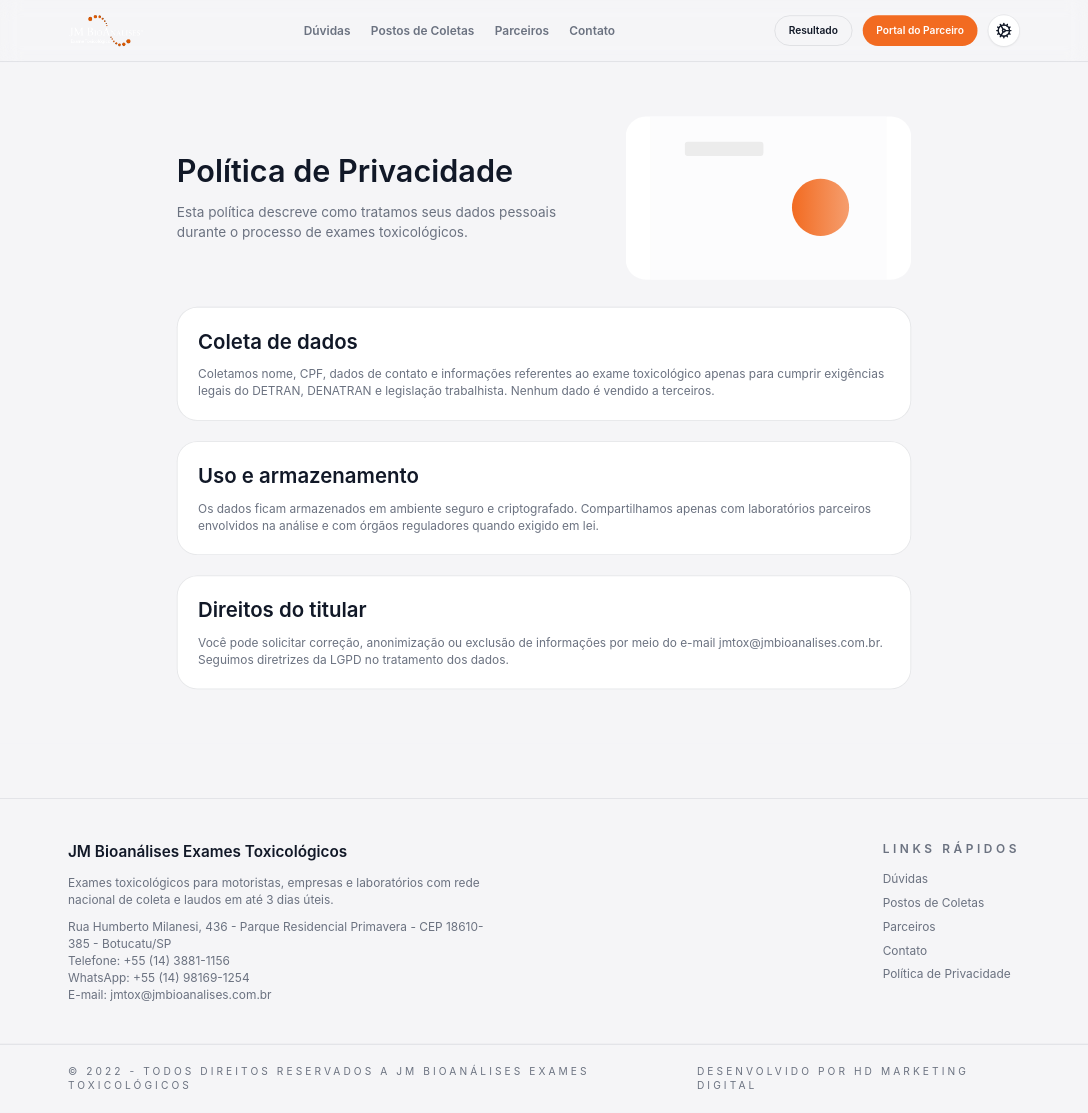
Repository: 1xLab/cat1
Page: /politica-de-privacidade
The author's editor kept a copy of each file at every save. The page is drawn from the files as they stood at one save, then again after the next save.
The browser window is 1280 px wide. The pictures show the whole page, at 85% of full size.
The page's requests for data from a server got no answer. The project was rebuilt for these pictures with package versions that can differ from the ones it lists, and the page was loaded fresh each time. The framework's server and built-in components were replaced by stand-ins that run in the browser. No one was signed in, and anything a server would have sent is missing. Also part of the build but not shown: next.config.ts.

Above is the page before, as saved 2025-11-19 21:52:33.

### src/app/layout.tsx
import type { Metadata } from "next";
import { Geist, Geist_Mono } from "next/font/google";
import "./globals.css";

import { Header } from "@/components/layout/header";
import { Footer } from "@/components/layout/footer";
import { baseMetadata } from "@/lib/seo";
import { LabSchema } from "@/components/seo/lab-schema";
import { TagManager } from "@/components/analytics/tag-manager";

const geistSans = Geist({
  variable: "--font-geist-sans",
  subsets: ["latin"],
});

const geistMono = Geist_Mono({
  variable: "--font-geist-mono",
  subsets: ["latin"],
});

export const metadata: Metadata = baseMetadata;

export default function RootLayout({
  children,
}: Readonly<{
  children: React.ReactNode;
}>) {
  return (
    <html lang="pt-BR" data-theme="sunrise">
      <body className={`${geistSans.variable} ${geistMono.variable} antialiased`}>
        <TagManager />
        <LabSchema />
        <Header />
        <main className="min-h-screen bg-[var(--color-bg)] text-[var(--color-text)]">
          {children}
        </main>
        <Footer />
      </body>
    </html>
  );
}

### src/app/politica-de-privacidade/page.tsx
import Image from "next/image";
import type { Metadata } from "next";

const sections = [
  {
    title: "Coleta de dados",
    body: "Coletamos nome, CPF, dados de contato e informações referentes ao exame toxicológico apenas para cumprir exigências legais do DETRAN, DENATRAN e legislação trabalhista. Nenhum dado é vendido a terceiros.",
  },
  {
    title: "Uso e armazenamento",
    body: "Os dados ficam armazenados em ambiente seguro e criptografado. Compartilhamos apenas com laboratórios parceiros envolvidos na análise e com órgãos reguladores quando exigido em lei.",
  },
  {
    title: "Direitos do titular",
    body: "Você pode solicitar correção, anonimização ou exclusão de informações por meio do e-mail jmtox@jmbioanalises.com.br. Seguimos diretrizes da LGPD no tratamento dos dados.",
  },
];

export const metadata: Metadata = {
  title: "Política de privacidade | JM Tox",
};

const illustration = "/imagens/illustration-privacidade-clean.svg";

export default function PoliticaPage() {
  return (
    <section className="mx-auto max-w-4xl px-4 py-16">
      <div className="grid gap-6 md:grid-cols-[1.2fr_0.8fr] md:items-center">
        <div>
          <h1 className="text-4xl font-semibold text-[var(--color-text)]">
            Política de Privacidade
          </h1>
          <p className="mt-4 text-[var(--color-text-muted)]">
            Esta política descreve como tratamos seus dados pessoais durante o
            processo de exames toxicológicos.
          </p>
        </div>
        <div className="relative h-48 rounded-3xl">
          <Image
            src={illustration}
            alt="Segurança e dados"
            fill
            className="rounded-3xl object-cover"
            sizes="(min-width: 768px) 350px, 100vw"
          />
        </div>
      </div>
      <div className="mt-8 space-y-6">
        {sections.map((section) => (
          <article
            key={section.title}
            className="rounded-3xl border border-[var(--color-outline)] bg-[var(--color-surface)] p-6"
          >
            <h2 className="text-2xl font-semibold text-[var(--color-text)]">
              {section.title}
            </h2>
            <p className="mt-3 text-sm text-[var(--color-text-muted)]">
              {section.body}
            </p>
          </article>
        ))}
      </div>
    </section>
  );
}

### src/app/globals.css
@tailwind base;
@tailwind components;
@tailwind utilities;

:root {
  --color-bg: #f5f5f7;
  --color-surface: #ffffff;
  --color-text: #111827;
  --color-text-muted: #6b7280;
  --color-primary: #f26b21;
  --color-primary-dark: #c65310;
  --color-header: #050608;
  --color-outline: rgba(15, 23, 42, 0.1);
}

[data-theme="sunrise"] {
  --color-bg: #f5f5f7;
  --color-surface: #ffffff;
  --color-text: #111827;
  --color-text-muted: #6b7280;
  --color-primary: #f26b21;
  --color-primary-dark: #c65310;
  --color-header: #050608;
}

[data-theme="midnight"] {
  --color-bg: #050608;
  --color-surface: #111827;
  --color-text: #f9fafb;
  --color-text-muted: #9ca3af;
  --color-primary: #f26b21;
  --color-primary-dark: #f26b21;
  --color-header: #000000;
  --color-outline: rgba(255, 255, 255, 0.1);
}

[data-theme="clinical"] {
  --color-bg: #f3f6fb;
  --color-surface: #ffffff;
  --color-text: #0f172a;
  --color-text-muted: #3f4d63;
  --color-primary: #2563eb;
  --color-primary-dark: #1d4ed8;
  --color-header: #0f172a;
  --color-outline: rgba(15, 23, 42, 0.08);
}

[data-theme="high-contrast"] {
  --color-bg: #000000;
  --color-surface: #000000;
  --color-text: #ffffff;
  --color-text-muted: #f3f4f6;
  --color-primary: #ffbf00;
  --color-primary-dark: #f59e0b;
  --color-header: #000000;
  --color-outline: rgba(255, 255, 255, 0.2);
}

[data-theme="dark"] {
  --color-bg: #111436;
  --color-surface: rgba(255, 255, 255, 0.08);
  --color-text: #fefefe;
  --color-text-muted: #d4ddff;
  --color-primary: #f97316;
  --color-primary-dark: #ea580c;
  --color-header: rgba(17, 20, 54, 0.9);
  --color-outline: rgba(255, 255, 255, 0.2);
}

@layer base {
  * {
    box-sizing: border-box;
  }

  body {
    background: var(--color-bg);
    color: var(--color-text);
    font-family: "Inter", system-ui, -apple-system, BlinkMacSystemFont,
      "Segoe UI", sans-serif;
    min-height: 100vh;
  }
}

@layer utilities {
  .text-balance {
    text-wrap: balance;
  }

  .glass-panel {
    background: color-mix(in srgb, var(--color-surface) 90%, transparent);
    backdrop-filter: blur(18px);
    border: 1px solid color-mix(in srgb, var(--color-outline) 80%, transparent);
    border-radius: 1.5rem;
    box-shadow: 0 15px 45px rgba(15, 23, 42, 0.12);
  }
}

### src/components/layout/header.tsx
import Image from "next/image";
import Link from "next/link";
import { ThemeSwitcher } from "@/components/theme-switcher";
import { Button } from "@/components/ui/button";

const navItems = [
  { label: "Dúvidas", href: "/duvidas-frequentes" },
  { label: "Postos de Coletas", href: "/postos-de-coletas" },
  { label: "Parceiros", href: "/parceiros" },
  { label: "Contato", href: "/contato" },
];

export function Header() {
  return (
    <header className="sticky top-0 z-40 border-b border-[var(--color-outline)] bg-[var(--color-header)]/15 backdrop-blur-md">
      <div className="container mx-auto flex max-w-6xl items-center justify-between gap-4 px-4 py-4">
        <Link href="/" className="flex items-center gap-3">
          <Image
            src="/logo-jm-bioanalises-branco.png"
            alt="JM Bioanálises"
            width={150}
            height={42}
            className="h-10 w-auto"
            priority
          />
          <span className="sr-only">JM Bioanálises</span>
        </Link>
        <nav className="hidden items-center gap-6 text-sm font-semibold text-[var(--color-text-muted)] lg:flex">
          {navItems.map((item) => (
            <Link
              key={item.href}
              href={item.href}
              className="transition hover:text-[var(--color-text)]"
            >
              {item.label}
            </Link>
          ))}
        </nav>
        <div className="flex items-center gap-3">
          <Button asChild variant="outline" size="sm">
            <Link href="/duvidas-frequentes#resultado-online">Resultado</Link>
          </Button>
          <Button asChild size="sm">
            <Link href="/parceiros">Portal do Parceiro</Link>
          </Button>
          <ThemeSwitcher />
        </div>
      </div>
      <div className="border-t border-[var(--color-outline)] bg-[var(--color-header)] px-4 py-3 lg:hidden">
        <nav className="flex flex-wrap gap-3 text-sm font-semibold text-[var(--color-text-muted)]">
          {navItems.map((item) => (
            <Link
              key={item.href}
              href={item.href}
              className="rounded-full border border-gray-600 px-3 py-1 transition hover:border-[var(--color-primary)] hover:text-white"
            >
              {item.label}
            </Link>
          ))}
        </nav>
      </div>
    </header>
  );
}

### src/components/layout/footer.tsx
import Link from "next/link";

import { siteConfig } from "@/lib/site";

const quickLinks = [
  { label: "Dúvidas", href: "/duvidas-frequentes" },
  { label: "Postos de Coletas", href: "/postos-de-coletas" },
  { label: "Parceiros", href: "/parceiros" },
  { label: "Contato", href: "/contato" },
  { label: "Política de Privacidade", href: "/politica-de-privacidade" },
];

export function Footer() {
  return (
    <footer className="mt-16 border-t border-[var(--color-outline)] bg-[var(--color-surface)]/95">
      <div className="mx-auto flex max-w-6xl flex-col gap-8 px-4 py-12 md:flex-row md:justify-between">
        <div className="max-w-lg space-y-3">
          <p className="text-lg font-semibold text-[var(--color-text)]">
            {siteConfig.name}
          </p>
          <p className="text-sm text-[var(--color-text-muted)]">
            {siteConfig.description}
          </p>
          <div className="text-sm text-[var(--color-text-muted)]">
            <p>{siteConfig.address}</p>
            <p>Telefone: {siteConfig.contacts.phone}</p>
            <p>WhatsApp: {siteConfig.contacts.mobile}</p>
            <p>E-mail: {siteConfig.contacts.email}</p>
          </div>
        </div>
        <div>
          <p className="text-sm font-semibold uppercase tracking-[0.3em] text-[var(--color-text-muted)]">
            Links rápidos
          </p>
          <ul className="mt-4 space-y-2 text-sm">
            {quickLinks.map((link) => (
              <li key={link.href}>
                <Link
                  href={link.href}
                  className="text-[var(--color-text-muted)] transition hover:text-[var(--color-text)]"
                >
                  {link.label}
                </Link>
              </li>
            ))}
          </ul>
        </div>
      </div>
      <div className="border-t border-[var(--color-outline)]">
        <div className="mx-auto flex max-w-6xl flex-col gap-2 px-4 py-6 text-xs uppercase tracking-[0.3em] text-[var(--color-text-muted)] md:flex-row md:items-center md:justify-between">
          <p>
            © 2022 - Todos Direitos Reservados a JM Bioanálises Exames Toxicológicos
          </p>
          <p>Desenvolvido por HD Marketing Digital</p>
        </div>
      </div>
    </footer>
  );
}

### src/lib/seo.ts
import type { Metadata } from "next";
import { siteConfig } from "./site";

type SEOParams = {
  title?: string;
  description?: string;
  path?: string;
};

export const baseMetadata: Metadata = {
  metadataBase: new URL(siteConfig.url),
  title: {
    default: `${siteConfig.name} | Laboratório de Toxicologia`,
    template: `%s | ${siteConfig.name}`,
  },
  description: siteConfig.description,
  openGraph: {
    type: "website",
    url: siteConfig.url,
    title: siteConfig.name,
    description: siteConfig.description,
    images: [
      {
        url: siteConfig.ogImage,
        width: 1200,
        height: 630,
        alt: siteConfig.name,
      },
    ],
  },
  twitter: {
    card: "summary_large_image",
    title: siteConfig.name,
    description: siteConfig.description,
    images: [siteConfig.ogImage],
  },
  icons: {
    icon: "/favicon.ico",
  },
};

export const generatePageMetadata = ({
  title,
  description,
  path = "",
}: SEOParams): Metadata => ({
  ...baseMetadata,
  title,
  description,
  alternates: {
    canonical: path ? `${siteConfig.url}${path}` : siteConfig.url,
  },
});

### src/components/seo/lab-schema.tsx
export function LabSchema() {
  const jsonLd = {
    "@context": "https://schema.org",
    "@type": "MedicalOrganization",
    name: "JM Bioanálises Exames Toxicológicos",
    url: "https://jmtox.com.br",
    address: {
      "@type": "PostalAddress",
      streetAddress:
        "Rua Humberto Milanesi, 436 - Parque Residencial Primavera",
      addressLocality: "Botucatu",
      addressRegion: "SP",
      postalCode: "18610-385",
      addressCountry: "BR",
    },
    contactPoint: {
      "@type": "ContactPoint",
      telephone: "+55-14-3881-1156",
      contactType: "customer service",
      availableLanguage: ["Portuguese", "English"],
    },
    sameAs: ["https://www.linkedin.com/company/jmbioanalises"],
    medicalSpecialty: ["Toxicologic"],
  };

  return (
    <script
      type="application/ld+json"
      dangerouslySetInnerHTML={{ __html: JSON.stringify(jsonLd) }}
    />
  );
}

### src/components/analytics/tag-manager.tsx
"use client";

import Script from "next/script";

export function TagManager() {
  const id = process.env.NEXT_PUBLIC_GTM_ID;
  if (!id) return null;

  return (
    <>
      <Script id="gtm-loader">
        {`
          (function(w,d,s,l,i){w[l]=w[l]||[];w[l].push({'gtm.start':
          new Date().getTime(),event:'gtm.js'});var f=d.getElementsByTagName(s)[0],
          j=d.createElement(s),dl=l!='dataLayer'?'&l='+l:'';j.async=true;j.src=
          'https://www.googletagmanager.com/gtm.js?id='+i+dl;f.parentNode.insertBefore(j,f);
          })(window,document,'script','dataLayer','${id}');
        `}
      </Script>
      <noscript>
        <iframe
          src={`https://www.googletagmanager.com/ns.html?id=${id}`}
          height="0"
          width="0"
          style={{ display: "none", visibility: "hidden" }}
        />
      </noscript>
    </>
  );
}

### src/components/theme-switcher.tsx
"use client";

import { useEffect, useState } from "react";
import { Cog, Check } from "lucide-react";
import { cn } from "@/lib/utils";

const themes = [
  { id: "sunrise", name: "Sunrise Light", description: "Luz natural com laranja vibrante." },
  { id: "midnight", name: "Midnight Dark", description: "Interface escura para salas de comando." },
  { id: "clinical", name: "Clinical Light", description: "Azul clínico com fundos neutros." },
  { id: "high-contrast", name: "High Contrast", description: "Alto contraste para máxima leitura." },
];

function applyThemeValue(
  value: string,
  setTheme: (theme: string) => void
) {
  const next = themes.find((item) => item.id === value) ? value : "sunrise";
  setTheme(next);
  document.documentElement.setAttribute("data-theme", next);
  try {
    localStorage.setItem("jmbio-theme", next);
  } catch {
    /* ignore */
  }
}

export function ThemeSwitcher() {
  const [open, setOpen] = useState(false);
  const [theme, setTheme] = useState("sunrise");

  useEffect(() => {
    let stored = "sunrise";
    try {
      stored = localStorage.getItem("jmbio-theme") || "sunrise";
    } catch {
      stored = "sunrise";
    }
    applyThemeValue(stored, setTheme);
  }, []);

  function apply(value: string) {
    applyThemeValue(value, setTheme);
  }

  return (
    <div className="relative">
      <button
        aria-label="Alterar tema do site"
        className="rounded-full border border-[var(--color-outline)] bg-[var(--color-surface)] p-2 text-[var(--color-text)] shadow-sm transition hover:shadow-md"
        onClick={() => setOpen((prev) => !prev)}
      >
        <Cog className="h-5 w-5" />
      </button>
      {open && (
        <div className="absolute right-0 z-50 mt-3 w-64 rounded-2xl border border-[var(--color-outline)] bg-[var(--color-surface)] p-4 shadow-xl">
          <p className="text-xs font-semibold uppercase tracking-[0.3em] text-[var(--color-text-muted)]">
            Temas
          </p>
          <div className="mt-3 space-y-2">
            {themes.map((item) => (
              <button
                key={item.id}
                className={cn(
                  "flex w-full items-start gap-2 rounded-2xl border border-transparent p-3 text-left transition hover:border-[var(--color-outline)]",
                  theme === item.id && "border-[var(--color-primary)] bg-[var(--color-primary)]/10"
                )}
                onClick={() => apply(item.id)}
              >
                <span className="mt-1 text-[var(--color-primary)]">
                  {theme === item.id ? <Check className="h-4 w-4" /> : <span className="block h-4 w-4 rounded-full border border-[var(--color-outline)]" />}
                </span>
                <span>
                  <span className="font-semibold text-[var(--color-text)]">{item.name}</span>
                  <span className="block text-xs text-[var(--color-text-muted)]">{item.description}</span>
                </span>
              </button>
            ))}
          </div>
        </div>
      )}
    </div>
  );
}

### src/components/ui/button.tsx
"use client";

import * as React from "react";
import { Slot } from "@radix-ui/react-slot";
import { cva, type VariantProps } from "class-variance-authority";

import { cn } from "@/lib/utils";

const buttonVariants = cva(
  "inline-flex items-center justify-center whitespace-nowrap rounded-full text-sm font-semibold transition focus-visible:outline-none focus-visible:ring-2 focus-visible:ring-[var(--color-primary)] disabled:pointer-events-none disabled:opacity-60",
  {
    variants: {
      variant: {
        default:
          "bg-[var(--color-primary)] text-white hover:bg-[var(--color-primary-dark)]",
        secondary:
          "bg-[var(--color-surface)] text-[var(--color-text)] border border-[var(--color-outline)] hover:border-[var(--color-primary)]",
        outline:
          "border border-[var(--color-outline)] text-[var(--color-text)] hover:border-[var(--color-primary)] hover:text-[var(--color-text)]",
        ghost: "text-[var(--color-text)] hover:bg-[var(--color-outline)]/30",
        link: "underline-offset-4 text-[var(--color-primary)] hover:underline",
      },
      size: {
        default: "h-11 px-6",
        sm: "h-9 px-4 text-xs",
        lg: "h-12 px-8 text-base",
        icon: "h-10 w-10",
      },
    },
    defaultVariants: {
      variant: "default",
      size: "default",
    },
  }
);

export interface ButtonProps
  extends React.ButtonHTMLAttributes<HTMLButtonElement>,
    VariantProps<typeof buttonVariants> {
  asChild?: boolean;
}

const Button = React.forwardRef<HTMLButtonElement, ButtonProps>(
  ({ className, variant, size, asChild = false, ...props }, ref) => {
    const Comp = asChild ? Slot : "button";
    return (
      <Comp
        className={cn(buttonVariants({ variant, size, className }))}
        ref={ref}
        {...props}
      />
    );
  }
);
Button.displayName = "Button";

export { Button, buttonVariants };

### src/lib/site.ts
export const siteConfig = {
  name: "JM Bioanálises Exames Toxicológicos",
  description:
    "Exames toxicológicos para motoristas, empresas e laboratórios com rede nacional de coleta e laudos em até 3 dias úteis.",
  url: "https://jmtox.com.br",
  ogImage: "/logo-jm-bioanalises-branco.png",
  social: {
    linkedin: "https://www.linkedin.com/company/jmbioanalises",
    whatsapp: "https://api.whatsapp.com/send?phone=5514981691254",
  },
  contacts: {
    phone: "+55 (14) 3881-1156",
    mobile: "+55 (14) 98169-1254",
    email: "jmtox@jmbioanalises.com.br",
  },
  address:
    "Rua Humberto Milanesi, 436 - Parque Residencial Primavera - CEP 18610-385 - Botucatu/SP",
};

export type SiteConfig = typeof siteConfig;

### src/lib/utils.ts
import { type ClassValue, clsx } from "clsx";
import { twMerge } from "tailwind-merge";

export function cn(...inputs: ClassValue[]) {
  return twMerge(clsx(inputs));
}

export function formatPhone(phone: string) {
  const digits = phone.replace(/\D/g, "");
  const match = digits.match(/^(\d{2})(\d{5})(\d{4})$/);
  if (!match) return phone;
  return `(${match[1]}) ${match[2]}-${match[3]}`;
}

export function slugify(value: string) {
  return value
    .toLowerCase()
    .normalize("NFD")
    .replace(/[\u0300-\u036f]/g, "")
    .replace(/[^a-z0-9]+/g, "-")
    .replace(/(^-|-$)+/g, "");
}

export function formatIsoDate(date: string) {
  return new Date(date).toLocaleDateString("pt-BR", {
    day: "2-digit",
    month: "short",
    year: "numeric",
  });
}

### tailwind.config.ts
import type { Config } from "tailwindcss";
import { fontFamily } from "tailwindcss/defaultTheme";
import animate from "tailwindcss-animate";

const config: Config = {
  darkMode: ["class"],
  content: ["./src/**/*.{ts,tsx}"],
  theme: {
    container: {
      center: true,
      padding: {
        DEFAULT: "1.5rem",
        md: "2rem",
      },
      screens: {
        "2xl": "1320px",
      },
    },
    extend: {
      colors: {
        border: "hsl(var(--border))",
        input: "hsl(var(--input))",
        ring: "hsl(var(--ring))",
        background: "hsl(var(--background))",
        foreground: "hsl(var(--foreground))",
        primary: {
          DEFAULT: "hsl(var(--primary))",
          foreground: "hsl(var(--primary-foreground))",
        },
        secondary: {
          DEFAULT: "hsl(var(--secondary))",
          foreground: "hsl(var(--secondary-foreground))",
        },
        muted: {
          DEFAULT: "hsl(var(--muted))",
          foreground: "hsl(var(--muted-foreground))",
        },
        accent: {
          DEFAULT: "hsl(var(--accent))",
          foreground: "hsl(var(--accent-foreground))",
        },
        destructive: {
          DEFAULT: "hsl(var(--destructive))",
          foreground: "hsl(var(--destructive-foreground))",
        },
        card: {
          DEFAULT: "hsl(var(--card))",
          foreground: "hsl(var(--card-foreground))",
        },
      },
      borderRadius: {
        lg: "var(--radius)",
        md: "calc(var(--radius) - 2px)",
        sm: "calc(var(--radius) - 4px)",
      },
      fontFamily: {
        sans: ["var(--font-geist-sans)", ...fontFamily.sans],
        mono: ["var(--font-geist-mono)", ...fontFamily.mono],
      },
      backgroundImage: {
        "grid-fade":
          "radial-gradient(circle at 20% 20%, hsla(var(--primary),0.25), transparent 55%), radial-gradient(circle at 80% 0%, hsla(var(--accent),0.3), transparent 60%)",
      },
    },
  },
  plugins: [animate],
};

export default config;

After the next save:
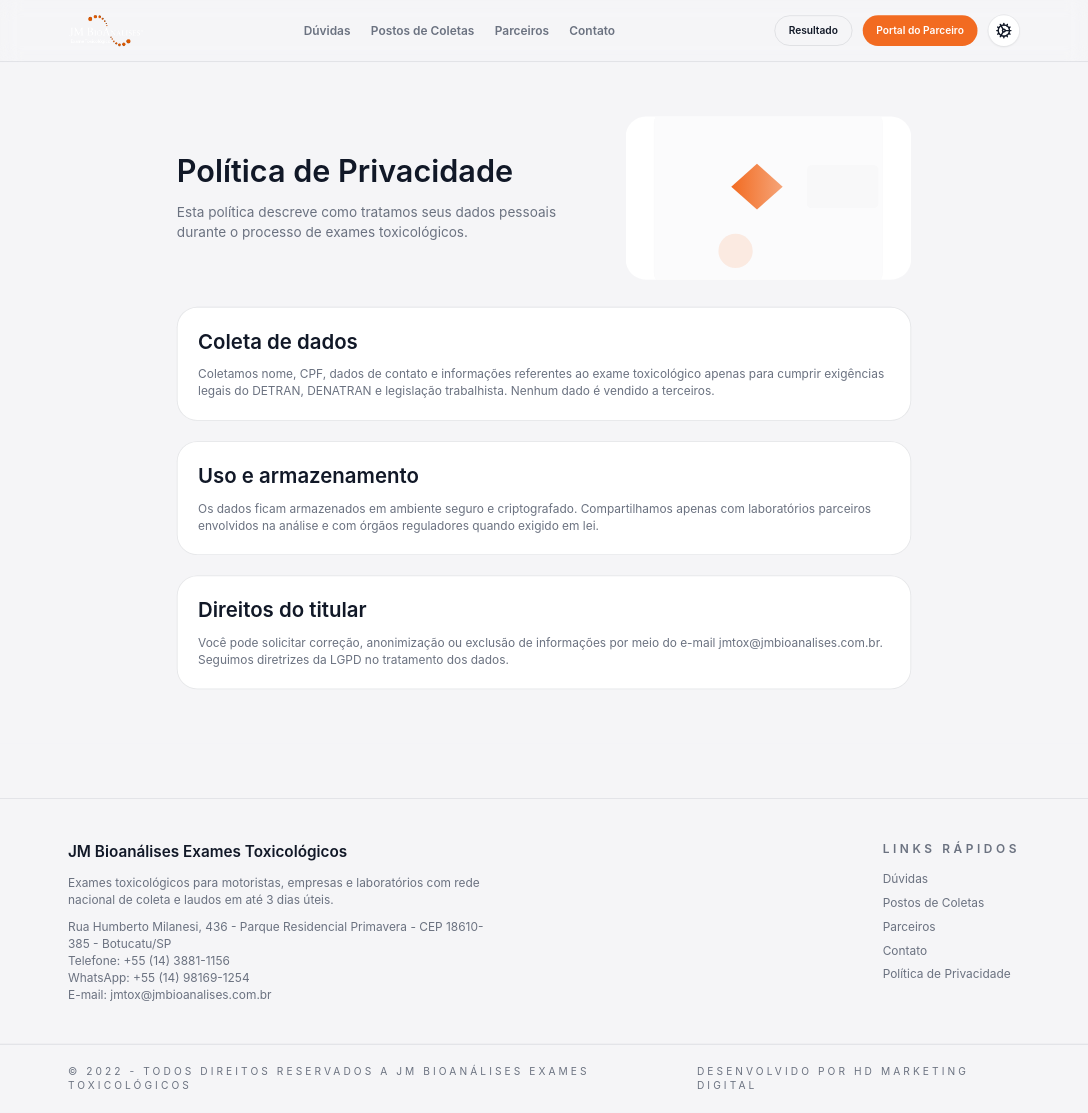
Saved 6 s later.
--- a/src/app/politica-de-privacidade/page.tsx
+++ b/src/app/politica-de-privacidade/page.tsx
@@ -20,7 +20,7 @@ export const metadata: Metadata = {
   title: "Política de privacidade | JM Tox",
 };
 
-const illustration = "/imagens/illustration-privacidade-clean.svg";
+const illustration = "/imagens/illustration-privacidade-v2.svg";
 
 export default function PoliticaPage() {
   return (
